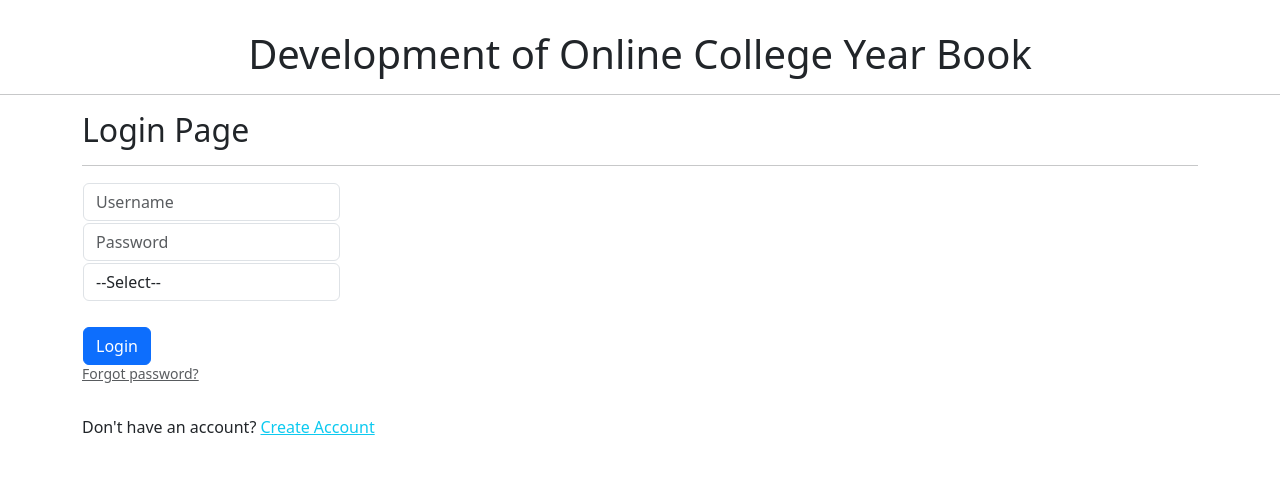
Repository: Kapil-06/My-Java-Projects
Page: http://localhost/Development_Of_Online_College_Year_Book_System/Login.jsp
The author's editor kept a copy of each file at every save. The page is drawn from the files as they stood at one save, then again after the next save.
The browser window is 1280 px wide. The pictures show the whole page.
The page is served by Tomcat 10. Other server files are loaded and not shown.

Above is the page before, as saved 2023-06-05 07:55:54.

### Development_Of_Online_College_Year_Book_System/src/main/webapp/Login.jsp
<%@ page language="java" contentType="text/html; charset=ISO-8859-1"
    pageEncoding="ISO-8859-1"%>
<!DOCTYPE html>
<html>
<head>
<meta charset="ISO-8859-1">
<title>Login</title>

    <meta charset="UTF-8">
    <title>Development of Online College Year Book</title>
    <link rel="stylesheet" href="bootstrap.min.css">
</head>
<body style="margin-top: 30px;">



<!-- Main Header -->
<header class="main-header">
    <center><h1>Development of Online College Year Book</h1></center>
    <hr>
</header>
<!-- Dropdown Navbar -->

<!-- Login Form -->
<div class="container">

    <h2> Login Page</h2>
    <hr>
    <table>
        <form action="Login1" method="post"></form>
        <tr>

            <td><input type="text" class="form-control" placeholder="Username" name="username" required="" autocomplete="off"></td>

        </tr>
        <tr>
            <td><input type="text" class="form-control" placeholder="Password" name="password" required="" autocomplete="off"></td>
        </tr>
        <tr>
            <td>
                <select name="utype" id="" class="form-control" required="">
                    <option value="">--Select--</option>
                    <option value="Admin">Admin</option>
                    <option value="Teacher">Teacher</option>
                    <option value="Student">Student</option>
                </select>
            </td>
        </tr>
        <tr>
            <td>
            	<br>
                <input class="btn btn-primary" type="submit" value="Login">
            </td>
        </tr>
    </form>
    </table>
    <h4 class="small mb-4 pb-lg-2"><a class="text-muted" href="#!">Forgot password?</a></h4>
    <h class="display-9">Don't have an account? <a href="NewUser.html" class="link-info">Create Account</a></h>

</div>

<!-- Main Footer -->
<footer class="main-footer">

</footer>
</body>
</html>

Loaded but not shown: Development_Of_Online_College_Year_Book_System/src/main/webapp/bootstrap.min.css (library)

After the next save:
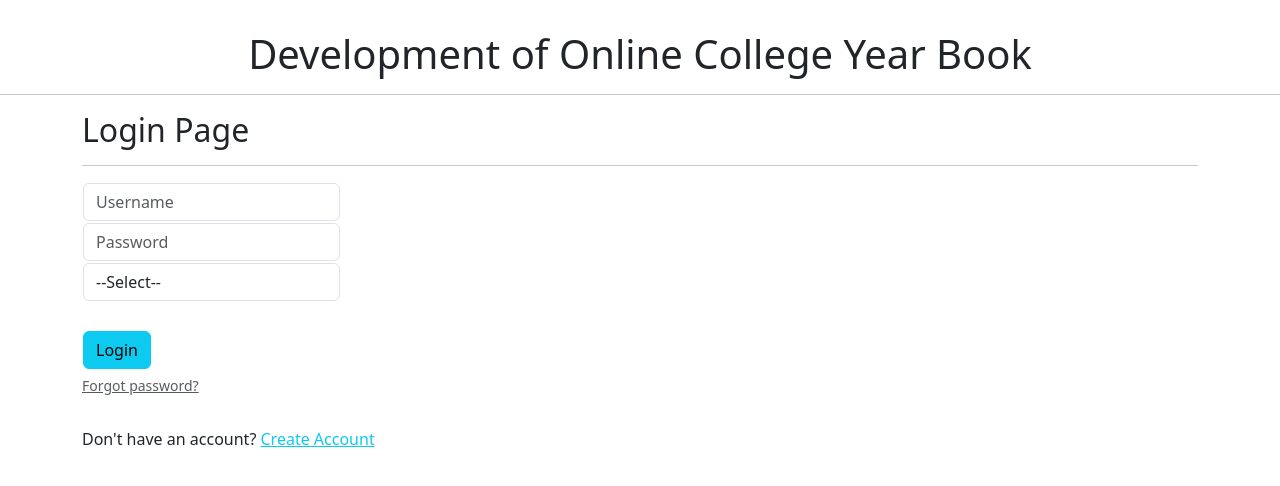
Saved 6 min 29 s later.
--- a/Development_Of_Online_College_Year_Book_System/src/main/webapp/Login.jsp
+++ b/Development_Of_Online_College_Year_Book_System/src/main/webapp/Login.jsp
@@ -49,7 +49,9 @@
         <tr>
             <td>
             	<br>
-                <input class="btn btn-primary" type="submit" value="Login">
+                <div class="pt-1 mb-2">
+                          <button class="btn btn-info btn-block" type="submit" value="Submit">Login</button>
+                </div>
             </td>
         </tr>
     </form>
